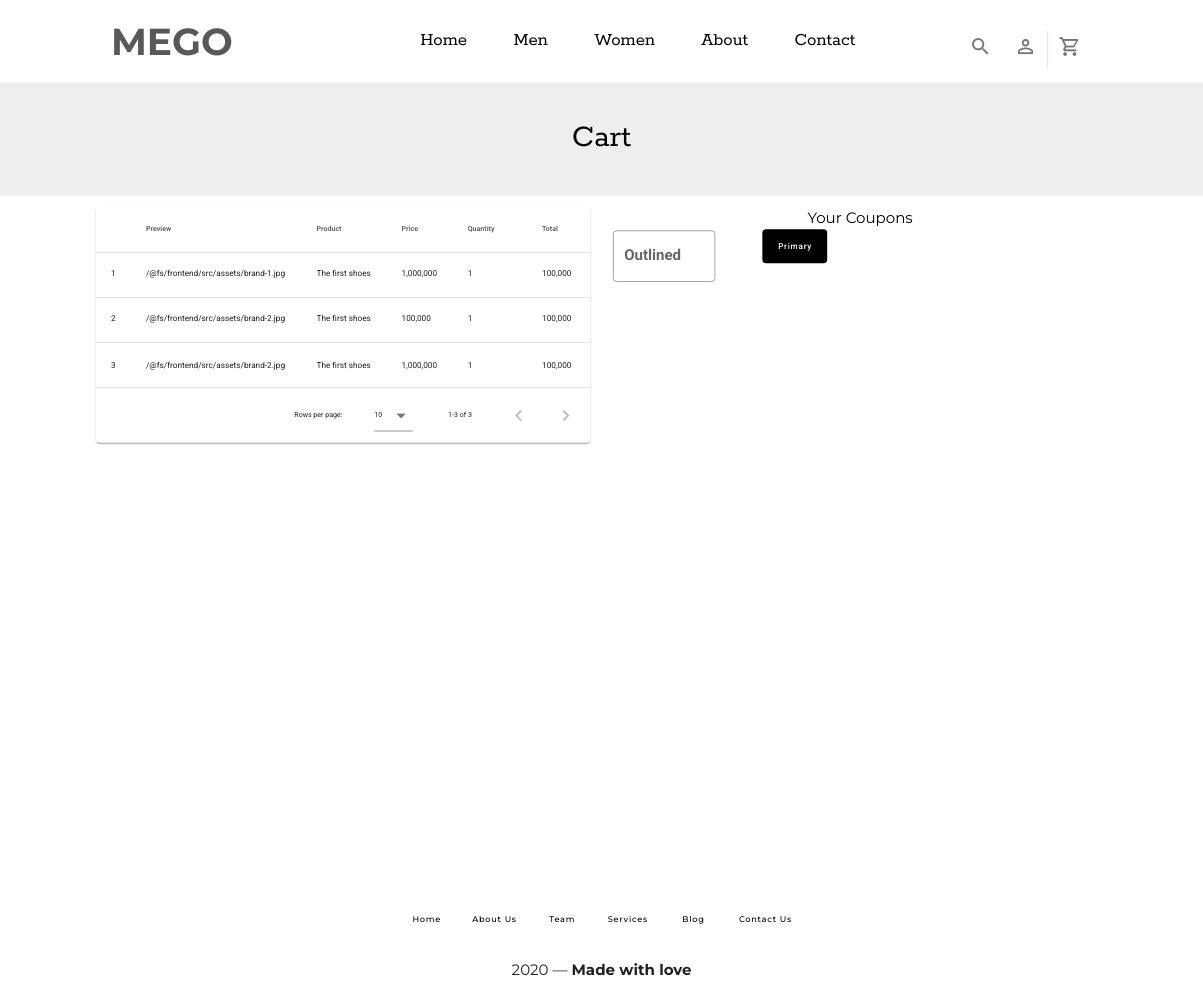
Repository: nguyenphuong152/mego-frontend
Page: /cart (app in frontend/)
The author's editor kept a copy of each file at every save. The page is drawn from the files as they stood at one save, then again after the next save.
The browser window is 1280 px wide. The pictures show the whole page, at 94% of full size.
The project was rebuilt for these pictures with package versions that can differ from the ones it lists, and the page was loaded fresh each time. Also part of the build but not shown: frontend/vue.config.js, frontend/src/components/Customer/Collection.vue, frontend/src/components/Customer/Banner.vue, frontend/src/components/Customer/BestSeller.vue, frontend/src/components/Customer/Partner.vue, frontend/src/views/Customer/Home.vue, frontend/src/components/Customer/ProductCategory.vue, frontend/src/components/Customer/ProductView.vue and 10 more. Imported but missing from the stored project, and not drawn on this page: frontend/src/views/Admin/Category.vue, frontend/src/views/Admin/ManageProduct.vue, frontend/src/views/Admin/ManageUser.vue, frontend/src/views/Admin/OrderList.vue.

Above is the page before, as saved 2020-11-28 09:33:26.

### frontend/public/index.html
<!DOCTYPE html>
<html lang="en">
  <head>
    <meta charset="utf-8">
    <head>
      <title>MEGO</title>
    </head>
    <meta http-equiv="X-UA-Compatible" content="IE=edge">
    <meta name="viewport" content="width=device-width,initial-scale=1.0">
    <link rel="icon" href="<%= BASE_URL %>favicon.ico">
    <title><%= htmlWebpackPlugin.options.title %></title>
    <link href="https://fonts.googleapis.com/css?family=Montserrat:300,400,500,600,700" rel="stylesheet">
    <link href="https://fonts.googleapis.com/css?family=Rokkitt:100,300,400,700" rel="stylesheet">
    <link rel="stylesheet" href="https://fonts.googleapis.com/css?family=Roboto:100,300,400,500,700,900">
    <link rel="stylesheet" href="https://cdn.jsdelivr.net/npm/@mdi/font@latest/css/materialdesignicons.min.css">
  </head>
  <body>
    <noscript>
      <strong>We're sorry but <%= htmlWebpackPlugin.options.title %> doesn't work properly without JavaScript enabled. Please enable it to continue.</strong>
    </noscript>
    <div id="app"></div>
    <!-- built files will be auto injected -->
  </body>
</html>

### frontend/src/main.js
import Vue from 'vue'
import App from './App.vue'
import vuetify from './plugins/vuetify';
import router from './router'
import '../sass/style.scss'
import 'bootstrap/dist/css/bootstrap.css'
import 'bootstrap-vue/dist/bootstrap-vue.css'
import { BootstrapVue, IconsPlugin } from 'bootstrap-vue'

Vue.use(BootstrapVue)
// Optionally install the BootstrapVue icon components plugin
Vue.use(IconsPlugin)
Vue.config.productionTip = false

new Vue({
  vuetify,
  router,
  render: h => h(App)
}).$mount('#app')

### frontend/src/App.vue
<template>
  <v-app app>
    <v-container v-if="!['Admin', 'Banner', 'Category','Product','ManageUser','OrderList','Dashboard'].includes($route.name)">
      <Toolbar />
    </v-container>
    <v-main>
      <router-view></router-view>
    </v-main>
      <Footer v-if="!['Admin', 'Banner', 'Category','Product','ManageUser','OrderList','Dashboard'].includes($route.name)"/>
  </v-app>

</template>

<script>

import Footer from "./components/Customer/Footer";
import Toolbar from "./components/Customer/Toolbar";

export default {
  name: "App",

  components: {
    Toolbar,
    Footer
  },

  data: () => ({
    //
  }),
};
</script>

### frontend/src/plugins/vuetify.js
import Vue from 'vue';
import Vuetify from 'vuetify/lib';


Vue.use(Vuetify);

const vuetify = new Vuetify({
    theme: {
      themes: {
        light: {
          primary: '#000',
          secondary: '#b0bec5',
          accent: '#8c9eff',
          error: '#b71c1c',
        },
      },
    },
  })

export default new Vuetify({
    vuetify,
});

### frontend/src/router/index.js
import Vue from "vue";
import VueRouter from "vue-router";
import Home from "../views/Customer/Home.vue";
import Men from "../views/Customer/Men.vue";
import Women from "../views/Customer/Women.vue";
import Admin from "../views/Admin/Admin.vue";
import Product from "../views/Admin/ManageProduct.vue";
import Banner from "../views/Admin/Banner.vue";
import Category from "../views/Admin/Category.vue";
import ManageUser from "../views/Admin/ManageUser.vue";
import OrderList from "../views/Admin/OrderList.vue";
import Dashboard from "../views/Admin/Dashboard.vue"
//import ProductDetail from "../views/ProductDetail.vue"

Vue.use(VueRouter);

const routes = [
  {
    path: "/",
    name: "Home",
    component: Home,
  },
  {
    path: "/men",
    name: "Men",
    component: Men,
  },
  {
    path: "/women",
    name: "Women",
    component: Women,
  },
  {
    path: "/about",
    name: "About",
    // route level code-splitting
    // this generates a separate chunk (about.[hash].js) for this route
    // which is lazy-loaded when the route is visited.
    component: () =>
      import(/* webpackChunkName: "about" */ "../views/Customer/About.vue"),
  },
  {
    path: "/contact",
    name: "Contact",
    component: () =>
      import(/* webpackChunkName: "about" */ "../views/Customer/Contact.vue"),
  },
  {
    path: "/cart",
    name: "Cart",
    component: () =>
      import(/* webpackChunkName: "about" */ "../views/Customer/Cart.vue"),
  },
  {
    path: "/account",
    name: "Account",
    component: () =>
      import(/* webpackChunkName: "about" */ "../views/Customer/Account.vue"),
  },
  {
    path: "/userlogin",
    name: "UserLogin",
    component: () =>
      import(/* webpackChunkName: "about" */ "../views/Customer/UserLogin.vue"),
  },
  {
    path: "/checkout",
    name: "Checkout",
    component: () =>
      import(/* webpackChunkName: "about" */ "../views/Customer/Checkout.vue"),
  },
  {
    path: "/product/:id",
    name: "ProductDetail",
    component: () =>
      import(/* webpackChunkName: "about" */ "../views/Customer/ProductDetail.vue"),
  },
  {
    path: "/admin",
    name: "Admin",
    component: Admin,
    children: [
      {
        path: "/banner",
        name: "Banner",
        component: Banner,
      },
      {
        path: "/category",
        name: "Category",
        component: Category,
      },
      {
        path: "/product",
        name: "Product",
        component: Product,
      },
      {
        path: "/manageuser",
        name: "ManageUser",
        component: ManageUser,
      },
      {
        path: "/orderlist",
        name: "OrderList",
        component: OrderList,
      },
      {
        path: "/dashboard",
        name: "Dashboard",
        component: Dashboard,
      },
    ],
  },
];

const router = new VueRouter({
  mode: "history",
  base: process.env.BASE_URL,
  routes,
});

export default router;

### frontend/sass/style.scss

$font-primary: 'Montserrat',
Arial,
sans-serif;
$font-secondary: 'Rokkitt',
Georgia,
serif;


@import '~vuetify/src/styles/styles.sass';

// Overrides
$grid-gutter-width: 20px !default;
$border-radius-base: 4px !default;
$padding-base-vertical: 14px !default;

$brand-primary: #616161 !default;
$brand-secondary: #88c8bc !default;
$brand-yellow: #FFDD00 !default;
$brand-footer-color: #2C2E3E;

$brand-white: #fff;
$brand-black: #000;
$brand-darker: #444;
$brand-gray: #ccc;
$brand-lighter: #e9e9e9;
$brand-body-color: #e8e8e8;
$brand-selection-color: #f9f6f0;
$brand-overlay-color: #4c4a8a;
$brand-bg-color: $brand-white;

.v-btn {
  text-transform:none !important;
}
// .v-text-field{
//   width: 50px;
//   height: 10px;
// }

#app {
  -webkit-font-smoothing: antialiased;
  -moz-osx-font-smoothing: grayscale;

  text-align: center;
  .container {
    max-width: 1100px;
  }
  font: 300
}

.nav {
  padding-left: 0px;
  a {
    font-size: 20px;
    color: lighten($brand-black,35%);
    font-family: $font-secondary;
    text-decoration: none;
    font-weight: 500;
    &.router-link-exact-active {
      color: #42b983;
    }

  }
}

#logo {
  font-size: 40px;
  font-weight: 700;
  font-family: $font-primary;
  color: lighten($brand-black, 35%);
}


.slogan {
  font-size: 50px;
  color: #2c3e50;
  font-family: $font-secondary;
  text-decoration: none;
}

.title-collection{
  @extend .slogan;
  font-size: 25px;
}


.slogan-3 {
  @extend .slogan;
  font-size: 35px;
}

.title-shoes {
  @extend .slogan;
  font-size: 20px;
}


.footer-text {
  font-family:$font-primary;
  font-size: 16px;
}

.admin {
  font-family: $font-primary;
  font-size:16px;
}

.admin-nav {
  font-family: $font-primary !important;
  font-size: 20px !important;
  color: white !important;
}

### frontend/src/components/Customer/Footer.vue
<template>
  <v-footer class="white" padless>
    <v-row justify="center" no-gutters>
      <v-btn
        v-for="link in links"
        :key="link"
        color="black"
        text
        rounded
        class="my-2 footer-text"
      >
        {{ link }}
      </v-btn>
      <v-col class="white py-4 text-center fluid footer-text" cols="12">
        {{ new Date().getFullYear() }} — <strong>Made with love</strong>
      </v-col>
    </v-row>
  </v-footer>
</template>

<script>
export default {
  data: () => ({
    links: ["Home", "About Us", "Team", "Services", "Blog", "Contact Us"],
  }),
};
</script>

<style></style>

### frontend/src/components/Customer/Toolbar.vue
<template>
  <v-toolbar flat>
    <v-row class="d-flex align-baseline">
      <v-col cols="3" class="d-flex justify-lg-start">
        <v-toolbar-title id="logo">MEGO</v-toolbar-title>
      </v-col>
      <v-col class="d-flex justify-space-around text-start nav">
        <router-link to="/">Home</router-link>
        <router-link to="/men">Men</router-link>
        <router-link to="/women">Women</router-link>
        <router-link to="/about">About</router-link>
        <router-link to="/contact">Contact</router-link>
      </v-col>
      <v-col cols="2" class="d-flex justify-end">
        <v-btn icon>
          <v-icon>mdi-magnify</v-icon>
        </v-btn>
        <v-menu
          open-on-hover
          top
          offset-y
          :position-x="960"
          :position-y="230"
          absolute
        >
          <template v-slot:activator="{ on, attrs }">
            <v-btn icon v-bind="attrs" v-on="on">
              <v-icon>mdi-account-outline</v-icon>
            </v-btn>
          </template>

          <v-list class="text-start nav">
            <v-list-item v-for="(item, index) in routes" :key="index" :to="item.path">
              <v-list-item-title>{{ item.name }}</v-list-item-title>
            </v-list-item>
          </v-list>
        </v-menu>
        <v-divider vertical inset></v-divider>
        <v-btn icon @click="goToCart">
          <v-icon>mdi-cart-outline</v-icon>
        </v-btn>
      </v-col>
    </v-row>
  </v-toolbar>
</template>

<script>
export default {
  data: () => ({
    routes: [
      {
        path:"/checkout",
        name:"Check Out"
       },
       {
        path:"/account",
        name:"My Account"
       },
       {
        path:"/userlogin",
        name:"User Login"
       },

    ],
  }),
  methods: {
     goToCart: function() {
     this.$router.push({name: 'Cart'})
     }
  }
};
</script>

<style></style>

### frontend/src/views/Customer/Cart.vue
<template>
  <div class="cart app">
    <v-sheet color="grey lighten-3" height="120">
      <v-container py-8>
        <a class="slogan-3">Cart</a>
      </v-container>
    </v-sheet>
    <div>
      <v-container>
        <v-row>
          <v-col>
            <totalProducts />
          </v-col>
          <v-col>
            <addCoupons/>
            </v-col>
        </v-row>
      </v-container>
    </div>
  </div>
</template>

<script>
import totalProducts from "../../components/Customer/TotalProducts";
import addCoupons from "../../components/Customer/AddCoupon"

export default {
  components: { totalProducts, addCoupons },
  data() {},
};
</script>

### frontend/src/components/Customer/TotalProducts.vue
<template>
  <div id="app">
    <v-app id="inspire">
      <v-data-table :headers="headers" :items="products" class="elevation-1">
        <template v-slot:item.preview>
          <v-img
            lazy-src="item.path"
            max-height="100"
            max-width="100"
            src="'item.path'"
          ></v-img>
        </template>
      </v-data-table>
    </v-app>
  </div>
</template>

<script>
export default {
  data() {
    return {
      headers: [
        {
          text: "",
          align: "start",
          sortable: false,
          value: "id",
        },
        { text: "Preview", value: "path" },
        { text: "Product", value: "name" },
        { text: "Price", value: "price" },
        { text: "Quantity", value: "quantity" },
        { text: "Total", value: "total" },
      ],
      products: [
        {
          id: 1,
          path: require('../../assets/brand-1.jpg'),
          name: "The first shoes",
          price: Intl.NumberFormat('en-EN', { maximumSignificantDigits: 3 }).format(1000000),
          quantity: 1,
          total: Intl.NumberFormat('en-EN', { maximumSignificantDigits: 3 }).format(100000),
        },
        {
          id: 2,
          path: require('../../assets/brand-2.jpg'),
          name: "The first shoes",
          price:Intl.NumberFormat('en-EN', { maximumSignificantDigits: 3 }).format(100000),
          quantity: 1,
          total: Intl.NumberFormat('en-EN', { maximumSignificantDigits: 3 }).format(100000)
        },
        {
         id: 3,
          path: require('../../assets/brand-2.jpg'),
          name: "The first shoes",
          price: Intl.NumberFormat('en-EN', { maximumSignificantDigits: 3 }).format(1000000),
          quantity: 1,
          total:Intl.NumberFormat('en-EN', { maximumSignificantDigits: 3 }).format(100000),
        },
      ],
    };
  },
};
</script>

<style></style>

### frontend/src/components/Customer/AddCoupon.vue
<template>
  <div class="app">
      <a class="admin">Your Coupons</a>
      <v-row>
           <v-col
          cols="12"
          sm="6"
          md="3"
        >
          <v-text-field
            label="Outlined"
            outlined
          ></v-text-field>
        </v-col>
         <v-col
          cols="12"
          sm="6"
          md="3"
        >
           <v-btn
      depressed
      color="primary"
    >
      Primary
    </v-btn>
        </v-col>
      </v-row>
  </div>
</template>

<script>
export default {

}
</script>

<style>

</style>

After the next save:
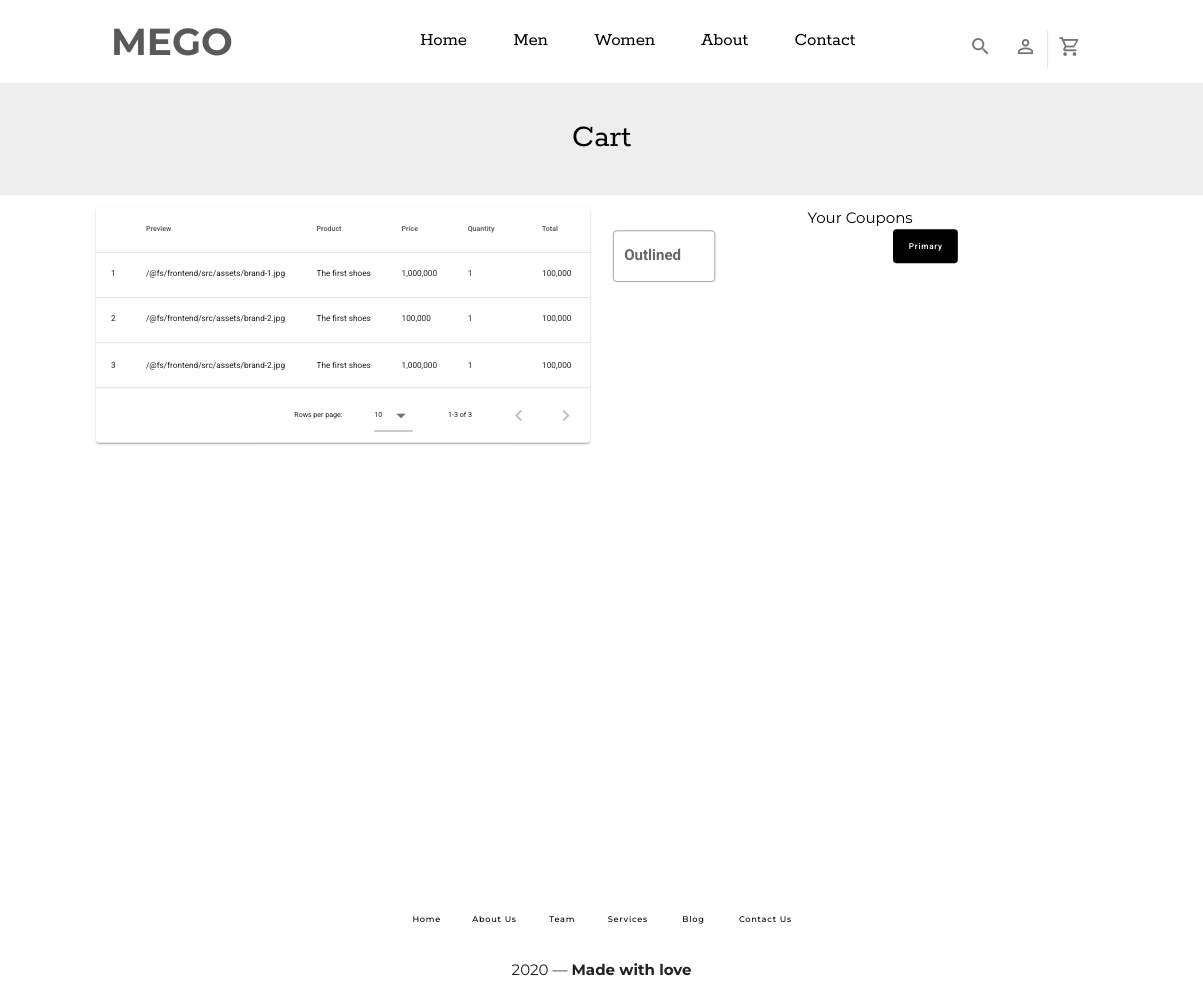
Saved 43 s later.
--- a/frontend/src/components/Customer/AddCoupon.vue
+++ b/frontend/src/components/Customer/AddCoupon.vue
@@ -13,9 +13,6 @@
           ></v-text-field>
         </v-col>
          <v-col
-          cols="12"
-          sm="6"
-          md="3"
         >
            <v-btn
       depressed
